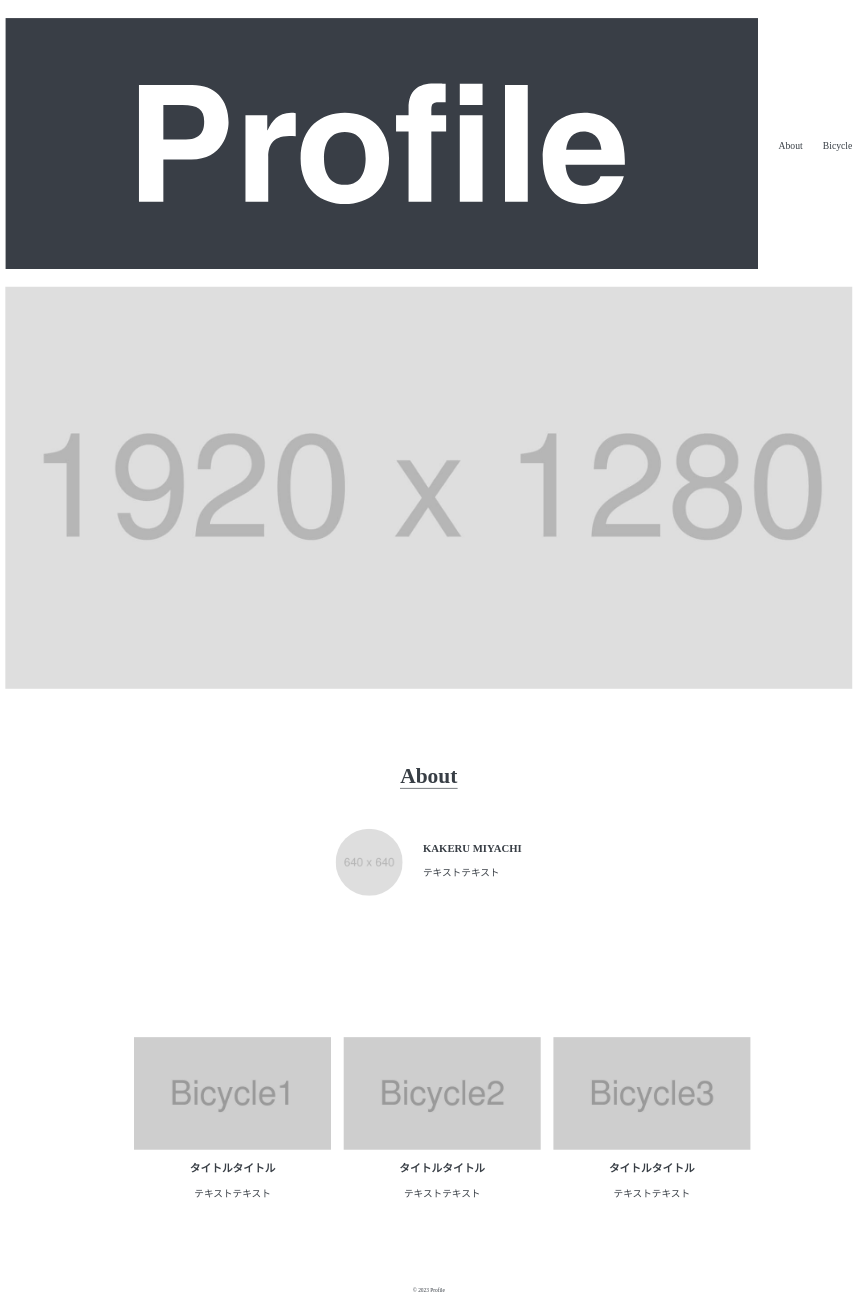
Repository: Fuki-san/bicycle
Page: http://localhost/profile
These files come from the project's save history. The page is drawn as it stood at one moment and after the next save; the edit follows.
The browser window is 1280 px wide. The pictures show the whole page, at 67% of full size.
The page is served by the project's Laravel application, run on PHP 8.4 with Laravel 10. Other server files are loaded and not shown.

Above is the page before, as saved 2023-11-18 14:36:56.

### routes/web.php
<?php

use Illuminate\Support\Facades\Route;

/*
|--------------------------------------------------------------------------
| Web Routes
|--------------------------------------------------------------------------
|
| Here is where you can register web routes for your application. These
| routes are loaded by the RouteServiceProvider and all of them will
| be assigned to the "web" middleware group. Make something great!
|
*/

Route::get('profile', function() {
    return view('bicycle');
})->name('profile');

### resources/views/bicycle.blade.php
@extends('layouts.main')

@section('title', 'bicycle')

@section('content')
    <header id="header">
        <h1 id="site-title"><a href="{{ route('profile') }}"><img src="img/logo.svg"></a></h1>
        <nav>
            <ul>
                <li><a href="#about">About</a></li>
                <li><a href="#bicycle">Bicycle</a></li>
            </ul>
        </nav>
    </header>

    <main>
        <div id="mainvisual">
            <img src="img/mainvisual.jpg">
        </div>

        <section id="about" class="wrapper">
            <h2 class="section-title">About</h2>
            <div class="content">
                <img src="img/about.jpg">
                <div class="text">
                    <h3 class="content-title">KAKERU MIYACHI</h3>
                    <p>テキストテキスト</p>
                </div>
            </div>
        </section>

        <section id="bicycle" class="wrapper">
            <h3 class="section-title"></h3>
            <ul>
                <li><img src="img/bicycle1.jpg"><h3 class="content-title">タイトルタイトル</h3><p>テキストテキスト</p></li>
                <li><img src="img/bicycle2.jpg"><h3 class="content-title">タイトルタイトル</h3><p>テキストテキスト</p></li>
                <li><img src="img/bicycle3.jpg"><h3 class="content-title">タイトルタイトル</h3><p>テキストテキスト</p></li>
            </ul>
        </section>

    </main>

    <footer id="footer">
        <p>&copy; 2023 Profile</p>
    </footer>

@endsection

### resources/views/layouts/main.blade.php
<!DOCTYPE html>
<html lang="ja">
<head>
    <meta charset="UTF-8">
    <meta name="viewport" content="width=device-width, initial-scale=1.0">
    <meta http-equiv="X-UA-Compatible" content="ie=edge">
    <link rel="stylesheet" href="{{ asset('css/reset.css') }}">
    <link rel="stylesheet" href="{{ asset('css/style.css') }}">
    <link rel="icon" href="img/favicon.ico">
    <title>@yield('title')</title>
</head>
<body>
    @yield('content')
</body>
</html>

### public/css/style.css
@charset "UTF-8";

html{
    font-size: 100%;
}

body{
    font-size: 0.9rem;
    color: #383e45;
}

img{
    max-width: 100%;
}

li{
    list-style: none;
}

a{
    text-decoration: none;
}

.site-title{
    width: 120px;
    line-height: 1px;
    padding: 10px 0;
}

.site-title a{
    display: block;
}

.section-title{
    display: inline-block;
    font-size: 2rem;
    border-bottom: solid 1px #383e45;
    margin-bottom: 60px;
    text-align: center;
}

.content-title{
    font-size: 1rem;
    margin: 10px 0;
}

.wrapper{
    margin: 0 auto 100px auto;
    padding: 0 4%;
    text-align: center;
    max-width: 960px;
}

/* header */

#header{
    margin: 0 auto;
    display: flex;
    align-items: center;
    justify-content: space-between;
}

#header ul{
    display: flex;
    padding: 10px 0;
}

#header li{
    margin-left: 30px;
}
#header li a{
    color:#383e45;
}

#header li a:hover{
    opacity: 0.7;
}

#mainvisual{
    margin-bottom: 80px;
}

#mainvisual img{
    width: 100%;
    max-width: 1920px;
    height: 600px;
    object-fit: cover;
}

#about .content{
    display: flex;
    justify-content: center;
    align-items: center;
}

#about img{
    width: 100px;
    height: 100px;
    border-radius: 50%;
    margin-right: 30px;
}

#about .text{
    text-align: left;
}

/* about */

#bicycle ul{
    display: flex;
    justify-content: space-between;
}

#bicycle li{
    width: 32%;
}

#footer{
    font-size: 0.5rem;
    text-align: center;
    padding: 10px 0;
}

@media screen and (max-width: 600px) {
    #mainvisual img{
        height: calc(100vh - 60px);
    }

    #about .content{
        flex-direction: column;
    }

    #about img{
        margin-right: 0;
    }

    #bicycle ul{
        flex-direction: column;
    }

    #bicycle li{
        width: 100%;
        margin-bottom: 30px;
    }
}

### public/img/logo.svg
<?xml version="1.0" encoding="utf-8"?>
<!-- Generator: Adobe Illustrator 15.1.0, SVG Export Plug-In . SVG Version: 6.00 Build 0)  -->
<!DOCTYPE svg PUBLIC "-//W3C//DTD SVG 1.1//EN" "http://www.w3.org/Graphics/SVG/1.1/DTD/svg11.dtd">
<svg version="1.1" id="レイヤー_1" xmlns="http://www.w3.org/2000/svg" xmlns:xlink="http://www.w3.org/1999/xlink" x="0px"
	 y="0px" width="1500px" height="500px" viewBox="0 0 1500 500" enable-background="new 0 0 1500 500" xml:space="preserve">
<g>
	<rect x="0" fill="#393E46" width="1500" height="500"/>
</g>
<g>
	<path fill="#FFFFFF" d="M314.698,365.466h-48.583v-232.55h106.235c45.02,0,72.227,28.825,72.227,74.493
		c0,21.052-11.66,74.169-74.171,74.169h-55.708V365.466z M359.719,241.417c36.275,0,36.275-25.911,36.275-36.275
		c0-22.672-12.632-32.064-42.754-32.064h-38.542v68.34H359.719z"/>
	<path fill="#FFFFFF" d="M478.26,193.158h43.4v29.799h0.646c9.395-17.49,19.758-34.333,47.288-34.333
		c2.915,0,5.83,0.323,8.745,0.647v45.992c-3.887-0.648-8.745-0.648-12.956-0.648c-35.303,0-41.78,22.024-41.78,41.133v89.718H478.26
		V193.158z"/>
	<path fill="#FFFFFF" d="M676.155,370c-46.315,0-88.097-28.501-88.097-90.688c0-62.186,41.781-90.688,88.097-90.688
		c46.316,0,88.097,28.503,88.097,90.688C764.252,341.499,722.472,370,676.155,370z M676.155,226.843
		c-34.979,0-41.457,30.445-41.457,52.47c0,22.023,6.478,52.469,41.457,52.469s41.458-30.445,41.458-52.469
		C717.613,257.288,711.135,226.843,676.155,226.843z"/>
	<path fill="#FFFFFF" d="M848.461,365.466h-45.344V225.547h-24.939v-32.389h24.939v-13.927c0-35.628,19.434-49.231,50.527-49.231
		c13.278,0,19.432,0.323,23.318,0.648v36.599h-12.631c-15.547,0-15.871,4.858-15.871,19.109v6.802h29.474v32.389h-29.474V365.466z"
		/>
	<path fill="#FFFFFF" d="M950.484,172.754H905.14v-42.105h45.345V172.754z M950.484,193.158v172.308H905.14V193.158H950.484z"/>
	<path fill="#FFFFFF" d="M1040.524,365.466h-45.344v-232.55h45.344V365.466z"/>
	<path fill="#FFFFFF" d="M1231.94,314.939c-11.982,41.457-46.314,55.061-75.788,55.061c-48.584,0-85.83-23.319-85.83-94.252
		c0-20.728,7.125-87.124,82.592-87.124c34.008,0,80.971,16.194,80.971,94.898v8.097h-118.219
		c1.296,12.956,3.887,42.105,40.486,42.105c12.631,0,25.586-6.479,29.148-18.785H1231.94z M1187.245,262.146
		c-2.591-27.855-20.404-36.275-34.979-36.275c-21.377,0-32.713,13.604-35.304,36.275H1187.245z"/>
</g>
</svg>

After the next save:
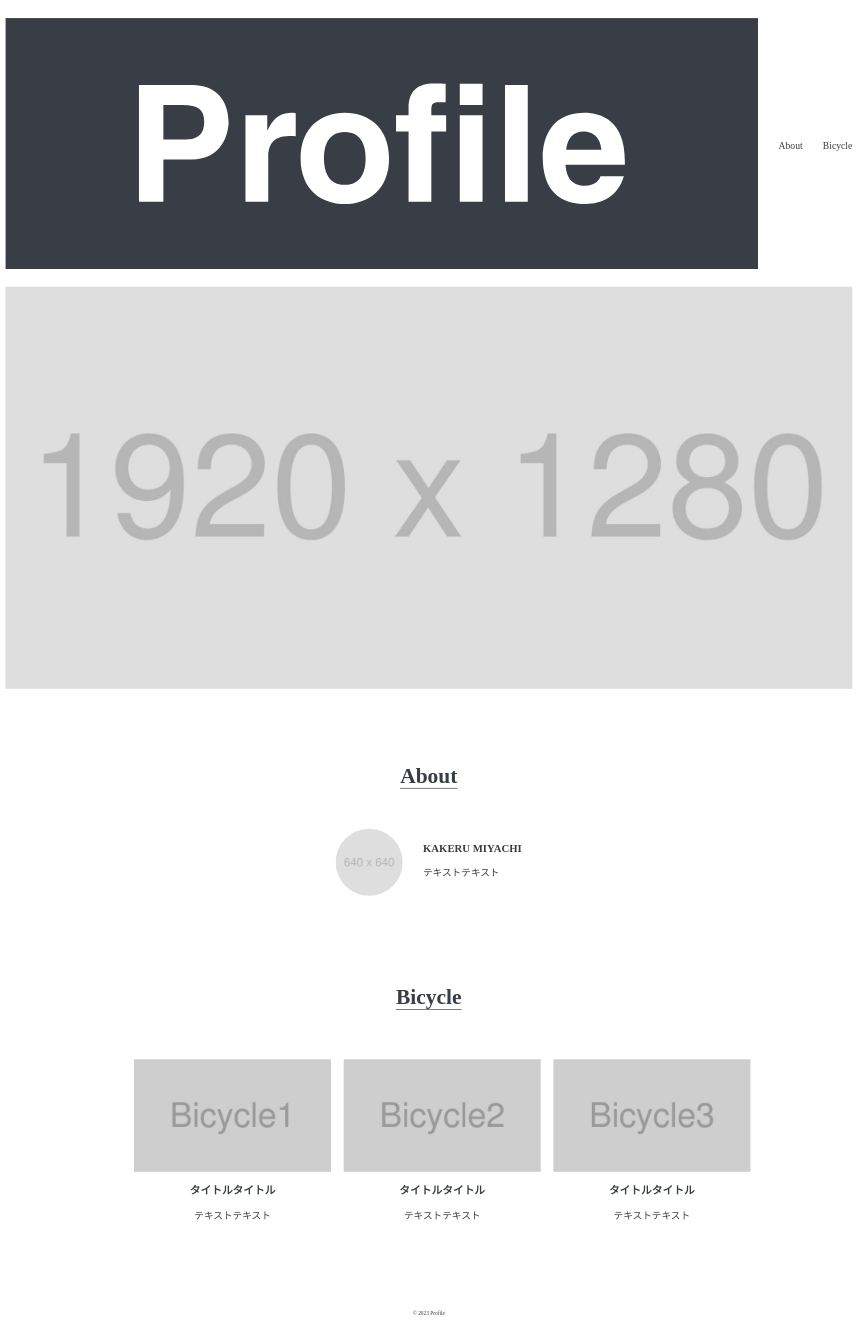
Saved 4 s later.
--- a/resources/views/bicycle.blade.php
+++ b/resources/views/bicycle.blade.php
@@ -30,7 +30,7 @@
         </section>
 
         <section id="bicycle" class="wrapper">
-            <h3 class="section-title"></h3>
+            <h3 class="section-title">Bicycle</h3>
             <ul>
                 <li><img src="img/bicycle1.jpg"><h3 class="content-title">タイトルタイトル</h3><p>テキストテキスト</p></li>
                 <li><img src="img/bicycle2.jpg"><h3 class="content-title">タイトルタイトル</h3><p>テキストテキスト</p></li>
